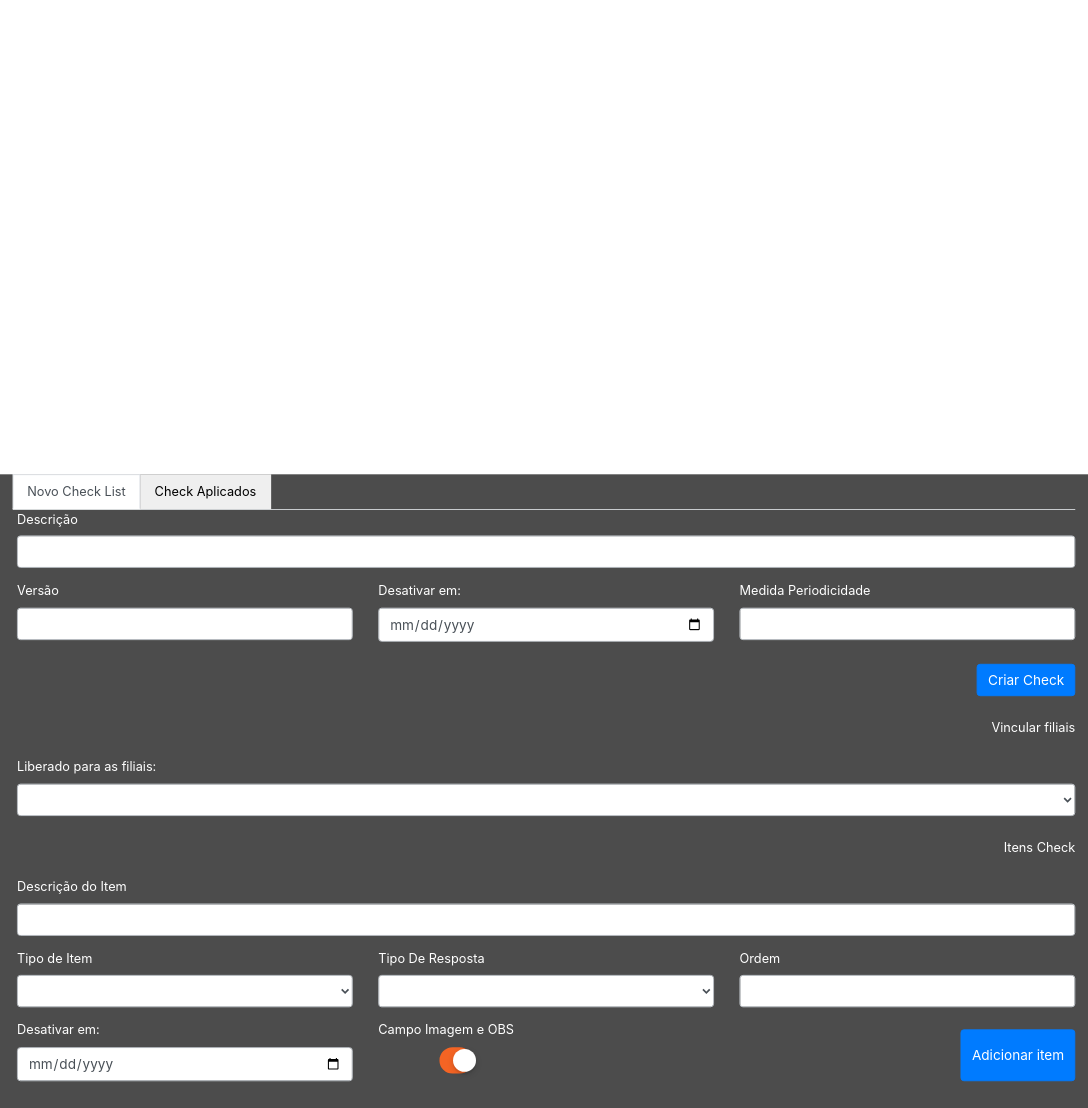
Repository: Conlog-SA/portal_operacional
Page: apps/safety_layout_checklist_app/templates/safety_layout_checklist_app/form_cad_layout_checklist.html
These files come from the project's save history. The page is drawn as it stood at one moment and after the next save; the edit follows.
The browser window is 1280 px wide. The pictures show the whole page, at 85% of full size.
The template is drawn by Django 3.2. The application's start-up code is not run. The template is opened directly, without the code that normally fills it, so the values that code supplies are empty.

Above is the page before, as saved 2023-11-16 15:58:15.

After the next save:
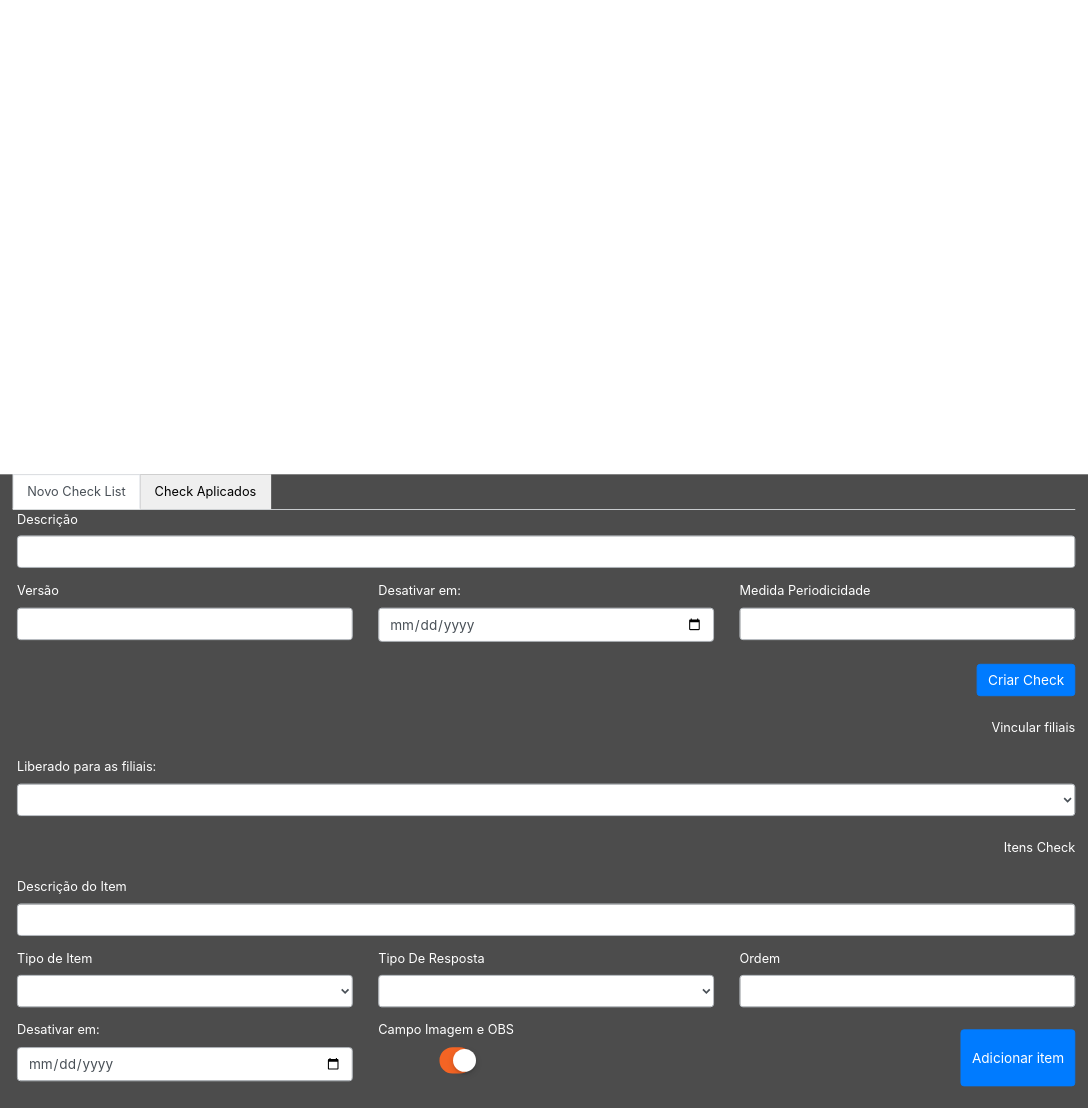
Saved 46 s later.
--- a/apps/safety_layout_checklist_app/templates/safety_layout_checklist_app/form_cad_layout_checklist.html
+++ b/apps/safety_layout_checklist_app/templates/safety_layout_checklist_app/form_cad_layout_checklist.html
@@ -111,7 +111,7 @@
                                         </label>
                                   </div>
                               </div>
-                              <div class="form-group  col-md-6 w-15 d-flex justify-content-end" style="margin-top:10px">
+                              <div class="form-group  col-md-6 w-15 d-flex justify-content-end" style="margin-top:10px; margin-bottom:10px;">
                                 <button type="button" class="btn btn-primary btn-form" id="btn_new_item" name="btn_new_item"> Adicionar item</button>
                              </div>
                           </div>
